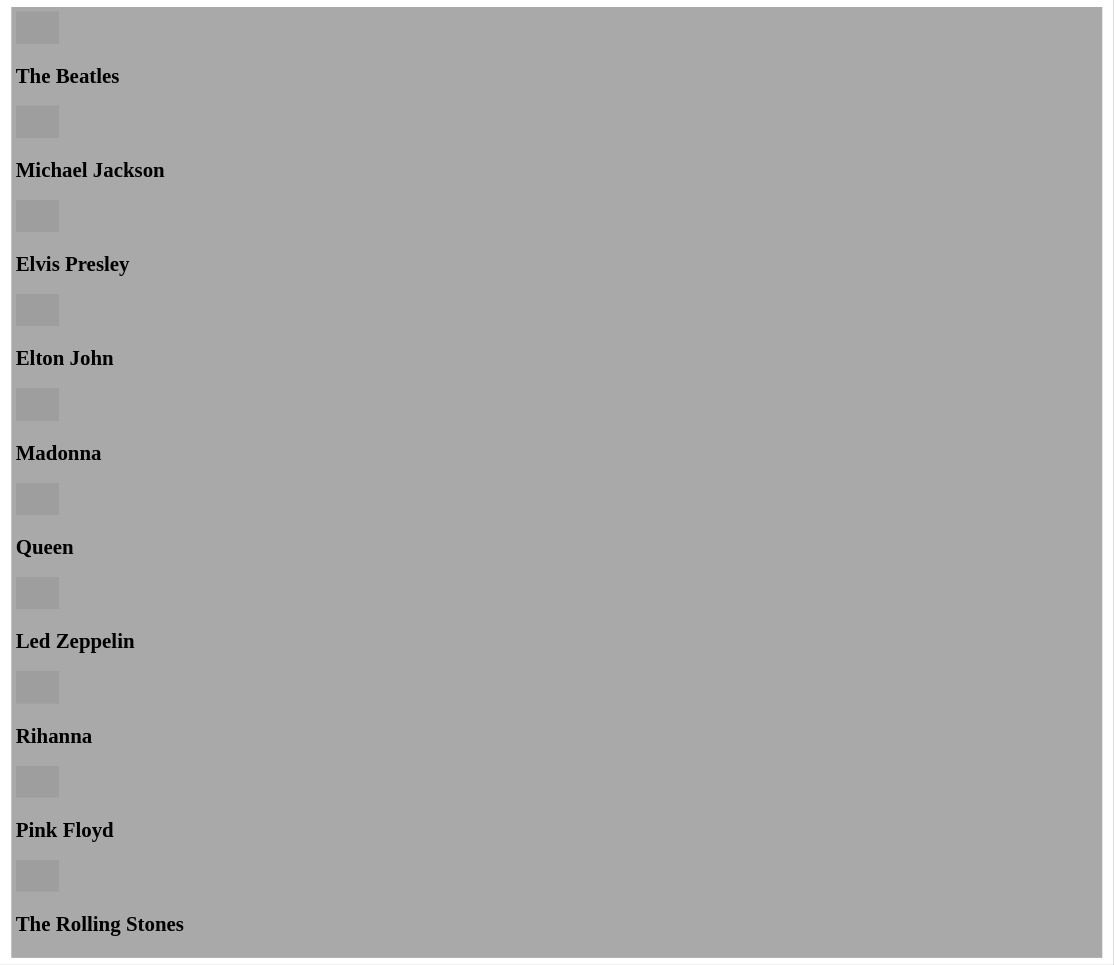
Repository: MelissaJacobi/Frontend-lab-2
Page: /
An editor plug-in stored every save of this project. The page is shown before and after the next save, followed by the edit.
The browser window is 1280 px wide. The pictures show the whole page, at 87% of full size.
Pictures or frames that could not be fetched are drawn as grey boxes. The project was rebuilt for these pictures with package versions that can differ from the ones it lists, and the page was loaded fresh each time. Also part of the build but not shown: vite.config.js.

Above is the page before, as saved 2024-09-19 09:11:50.

### src/App.jsx
import { artists } from './best-selling-music-artists';

function App() {
  return (
    <div className="app">
      <div className="artist_li">
        {artists.map((artist) => (
          <div key={artist.name} className="artist">
            <img src={artist.photo_url} alt={artist.name} className="photo" />
            <h2>{artist.name}</h2>
          </div>
        ))}
      </div>

    </div>
  );
}

export default App;

### src/index.css
.artist {

}

.photo {
    width: 50px;
}

.artist_li {
    background-color: rgb(169, 169, 169);
    margin: 5px;
    padding: 5px;

}

### src/best-selling-music-artists.js
export const artists = [
    {
        name: 'The Beatles',
        photo_url: "https://upload.wikimedia.org/wikipedia/commons/9/9f/Beatles_ad_1965_just_the_beatles_crop.jpg",
        country: "United Kingdom",
        years_active: "1960-1970",
    },
    {
        name: 'Michael Jackson',
        photo_url: "https://upload.wikimedia.org/wikipedia/commons/8/83/Michael_Jackson_Dangerous_World_Tour_1993_cropped.png",
        country: "United States",
        years_active: "1964-2009",
    },
    {
        name: 'Elvis Presley',
        photo_url: "https://upload.wikimedia.org/wikipedia/commons/1/16/Elvis_Presley_1973_RCA_Records_and_Tapes_publicity_2_-_cropped.png",
        country: "United States",
        years_active: "1953-1977",
    },
    {
        name: 'Elton John',
        photo_url: "https://upload.wikimedia.org/wikipedia/commons/7/74/Elton_John_1980.png",
        country: "United Kingdom",
        years_active: "1962-present",
    },
    {
        name: 'Madonna',
        photo_url: "https://upload.wikimedia.org/wikipedia/commons/4/47/Madonna_II_A_1_%28cropped%29.jpg",
        country: "United States",
        years_active: "1979-present",
    },
    {
        name: 'Queen',
        photo_url: "https://upload.wikimedia.org/wikipedia/commons/a/ac/FreddieMercuryNov1977.jpg",
        country: "United Kingdom",
        years_active: "1971-present",
    },
    {
        name: 'Led Zeppelin',
        photo_url: "https://upload.wikimedia.org/wikipedia/commons/c/cc/Robert_Plant_at_the_Palace_Theatre%2C_Manchester.jpg",
        country: "United Kingdom",
        years_active: "1968-1980",
    },
    {
        name: 'Rihanna',
        photo_url: "https://upload.wikimedia.org/wikipedia/commons/b/b3/Rihanna_concert_in_Washington_DC_%28cropped%29.jpg",
        country: "Barbados",
        years_active: "2003-present",
    },
    {
        name: 'Pink Floyd',
        photo_url: "https://upload.wikimedia.org/wikipedia/commons/f/f2/David_Gilmour_Argentina_2015_%28cropped%29.jpg",
        country: "United Kingdom",
        years_active: "1965-2014",
    },
    {
        name: 'The Rolling Stones',
        photo_url: "https://upload.wikimedia.org/wikipedia/commons/0/06/Keith_Richards%2C_Mick_Jagger_performing_with_Rolling_Stones_at_Prudential_Center_2012-12-13.jpg",
        country: "United Kingdom",
        years_active: "1962-present",
    },
];

Loaded but not shown: index.html (common file); src/main.jsx (common file)

After the next save:
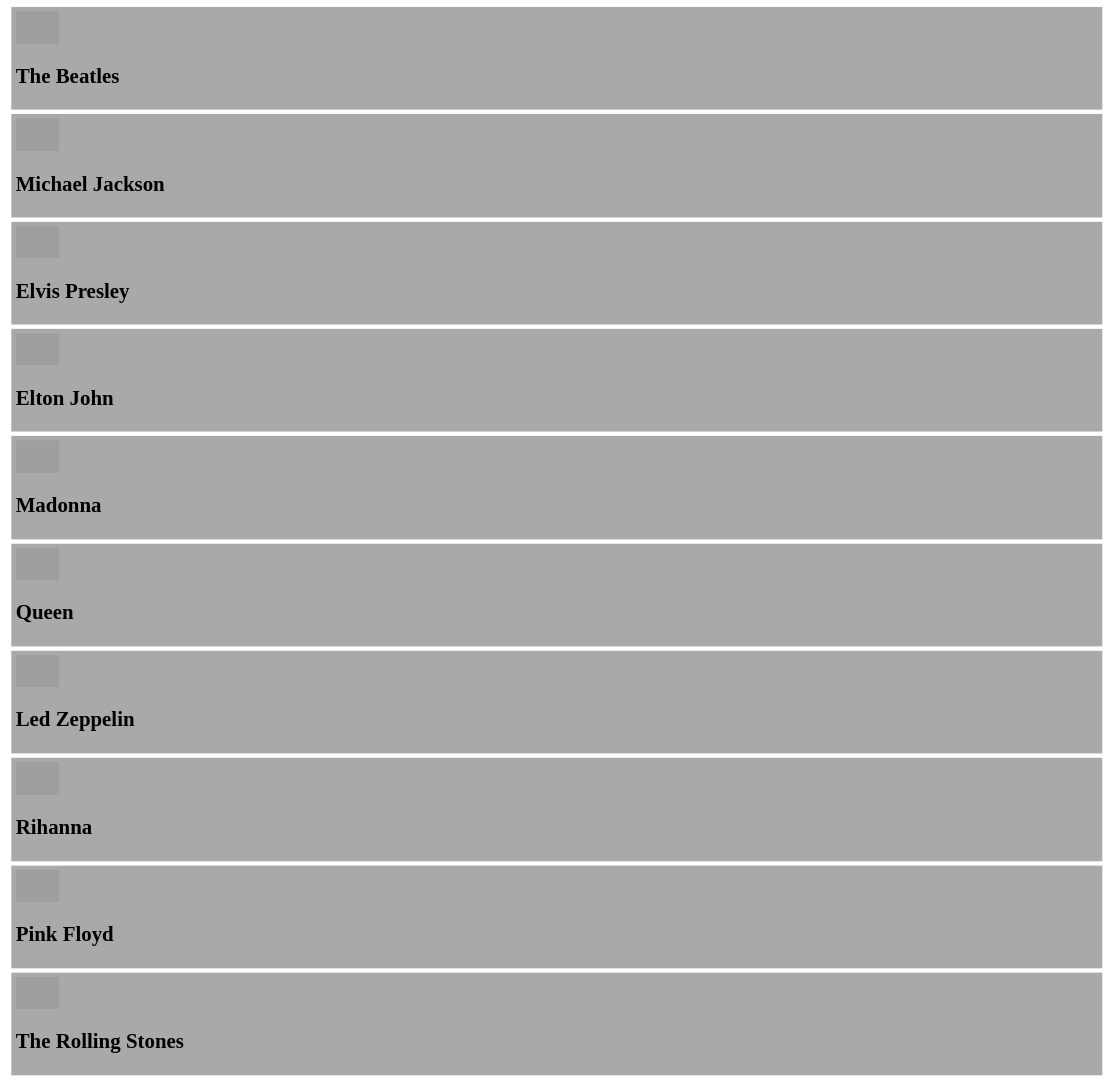
Saved 30 s later.
--- a/src/App.jsx
+++ b/src/App.jsx
@@ -3,14 +3,16 @@
 function App() {
   return (
     <div className="app">
-      <div className="artist_li">
+
         {artists.map((artist) => (
-          <div key={artist.name} className="artist">
-            <img src={artist.photo_url} alt={artist.name} className="photo" />
-            <h2>{artist.name}</h2>
+          <div className="artist_li">
+            <div key={artist.name} className="artist">
+              <img src={artist.photo_url} alt={artist.name} className="photo" />
+              <h2>{artist.name}</h2>
+            </div>
           </div>
         ))}
-      </div>
+
 
     </div>
   );
